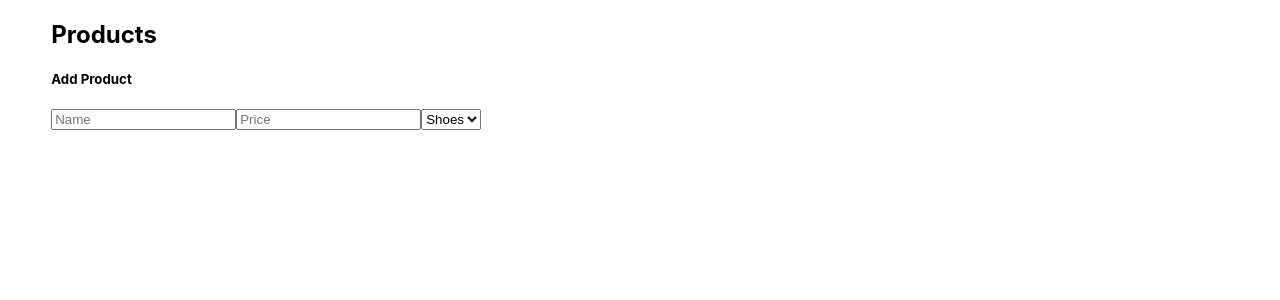
Repository: zcoderboy/redux-workout
Page: /
An editor plug-in stored every save of this project. The page is shown before and after a run of saves, followed by the edit.
The browser window is 1280 px wide. The pictures show the whole page.
The project was rebuilt for these pictures with package versions that can differ from the ones it lists, and the page was loaded fresh each time. Also part of the build but not shown: src/Product.js.

Above is the page before, as saved 2020-08-17 15:16:35.

### src/index.js
import React from 'react';
import ReactDOM from 'react-dom';
import './index.css';
import App from './App';
import * as serviceWorker from './serviceWorker';
import reducer from './reducers'
import {createStore} from 'redux'
import {Provider} from 'react-redux'

const store = createStore(reducer,window.__REDUX_DEVTOOLS_EXTENSION__ && window.__REDUX_DEVTOOLS_EXTENSION__())

ReactDOM.render(
  <Provider store={store}>
    <React.StrictMode>
      <App />
    </React.StrictMode>
  </Provider>,
  document.getElementById('root')
);

// If you want your app to work offline and load faster, you can change
// unregister() to register() below. Note this comes with some pitfalls.
// Learn more about service workers: https://bit.ly/CRA-PWA
serviceWorker.unregister();

### src/App.js
import React from 'react';
import './App.css';
import ProductListContainer from './containers/ProductListContainer';
import ProductAddContainer from './containers/ProductAddContainer';

function App() {
  return (
    <div className="App">
      <ProductListContainer/>
      <ProductAddContainer/>
    </div>
  );
}

export default App;

### src/reducers/index.js
import {combineReducers} from 'redux'
import cart from './CartReducer'
import products from './ProductReducer'
import categories from './CategoryReducer'

export default combineReducers({
  cart,
  products,
  categories
})

### src/App.css
.App {
  padding: 0 4vw;
}

.App-logo {
  height: 40vmin;
  pointer-events: none;
}

@media (prefers-reduced-motion: no-preference) {
  .App-logo {
    animation: App-logo-spin infinite 20s linear;
  }
}

.App-header {
  background-color: #282c34;
  min-height: 100vh;
  display: flex;
  flex-direction: column;
  align-items: center;
  justify-content: center;
  font-size: calc(10px + 2vmin);
  color: white;
}

.App-link {
  color: #61dafb;
}

@keyframes App-logo-spin {
  from {
    transform: rotate(0deg);
  }
  to {
    transform: rotate(360deg);
  }
}

### src/containers/ProductListContainer.js
import {connect} from 'react-redux'
import ProductList from '../ProductList'

const mapStateToProps = (state) => {
  return {
    products: Object.keys(state.products)
  }
}

export default connect(mapStateToProps,null)(ProductList)

### src/containers/ProductAddContainer.js
import {connect} from 'react-redux'
import ProductAdd from '../ProductAdd'

const mapStateToProps = (state) => {
  return {
    categories: Object.keys(state.categories)
  }
}

const mapDispatchToProps = (dispatch) => {
  return{
    addProduct: (product) => {
      product.id = Date.now()
      dispatch({
        type: 'ADD_PRODUCT',
        payload: product
      })
    }
  }
}

export default connect(mapStateToProps,mapDispatchToProps)(ProductAdd)

### src/reducers/CartReducer.js

const cart = (cart = [], action) => {
  return cart;
}

export default cart

### src/reducers/ProductReducer.js
import normalizedData from '../normalizedState'

const products = (products = normalizedData.entities.products, action) => {
  return products
}

export default products

### src/reducers/CategoryReducer.js
import normalizedData from '../normalizedState'

const categories = (categories = normalizedData.entities.categories, action) => {
  return categories
}

export default categories

### src/ProductList.js
import React from 'react'
import ProductContainer from './containers/ProductContainer'

const ProductList = ({products}) => {
  return (
    <div>
      <h2>Products</h2>
      {
        products.map(product => (
          <ProductContainer key={product} productId={product}/>
        ))
      }
    </div>
  )
}

export default ProductList

### src/ProductAdd.js
import React from 'react'

const ProductAdd = (props) => {
  console.log(props)
  return (
    <>
      <h5>Add Product</h5>
      <form onSubmit="" style={{
        display: "flex",

      }}>
        <input type="text" name="name" placeholder="Name"></input>
        <input type="number" name="price" placeholder="Price"></input>
        <select name="category">
          <option value="test" selected>Shoes</option>
        </select>
      </form>
    </>
  )
}

export default ProductAdd

### src/normalizedState.js
import {schema, normalize} from 'normalizr'
import defaultState from './products.json'

const category = new schema.Entity('categories')

const product = new schema.Entity('products', {
  category: category
})

const normalizedData = normalize(defaultState.products,[product])

export default normalizedData

### src/containers/ProductContainer.js
import { connect } from 'react-redux'
import Product from '../Product'

const mapStateToProps = (state,ownProps) =>{
  return{
    product: state.products[ownProps.productId]
  }
}

export default connect(mapStateToProps,null)(Product)

### src/products.json
{
  "products": [
    {
      "id": "3562143125784682734",
      "name": "Amiri Jeans",
      "price": "345 $",
      "category": {
        "id": "2135412642837212401",
        "name": "Pants"
      }
    },
    {
      "id": "5562143125784682734",
      "name": "Cactus Jack's Jordan 7",
      "price": "145 $",
      "category": {
        "id": "5135412642837212401",
        "name": "Shoes"
      }
    }
  ]
}

Loaded but not shown: public/index.html (common file); src/index.css (common file); src/serviceWorker.js (common file)

After the next 2 saves:
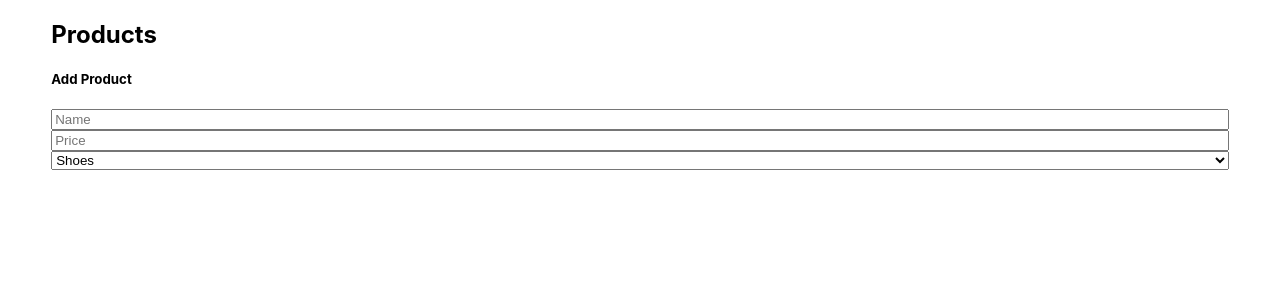
The 2 saves are shown as one change because they came seconds apart.
The last was saved 5 s later.
--- a/src/ProductAdd.js
+++ b/src/ProductAdd.js
@@ -7,7 +7,7 @@ const ProductAdd = (props) => {
       <h5>Add Product</h5>
       <form onSubmit="" style={{
         display: "flex",
-
+        flexDirection: "column"
       }}>
         <input type="text" name="name" placeholder="Name"></input>
         <input type="number" name="price" placeholder="Price"></input>
